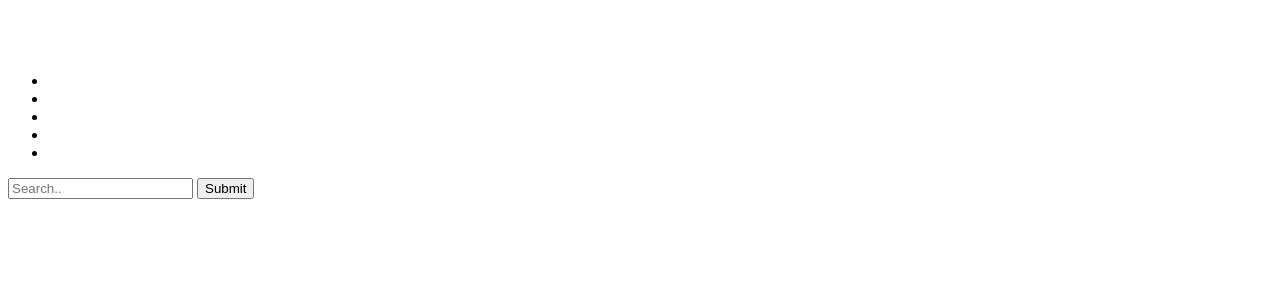
Repository: manhkkkk/assigntment
Page: index.html
The author's editor kept a copy of each file at every save. The page is drawn from the files as they stood at one save, then again after the next save.
The browser window is 1280 px wide. The pictures show the whole page.

Above is the page before, as saved 2022-01-09 21:38:45.

After the next save:
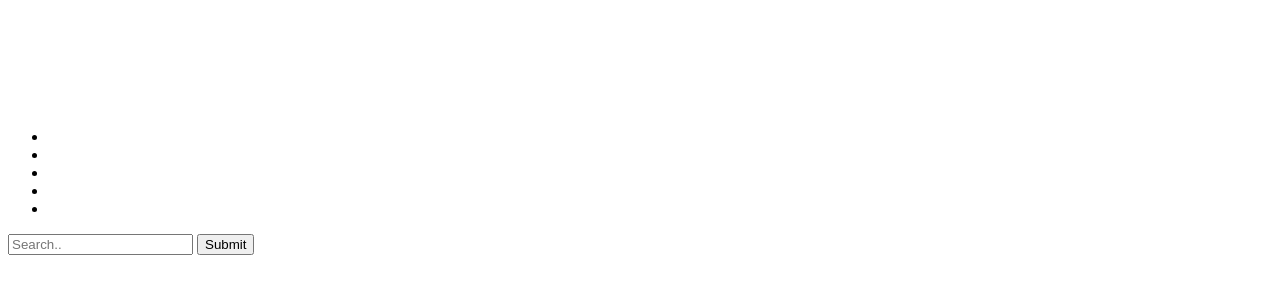
Saved 9 s later.
--- a/index.html
+++ b/index.html
@@ -16,6 +16,7 @@
                         src="./image/logo.png"
                         alt="website logo"
                         width="100px"
+                        height="100px"
                     />
                 </div>
                 <nav class="flex justify-between items-center py-5">
